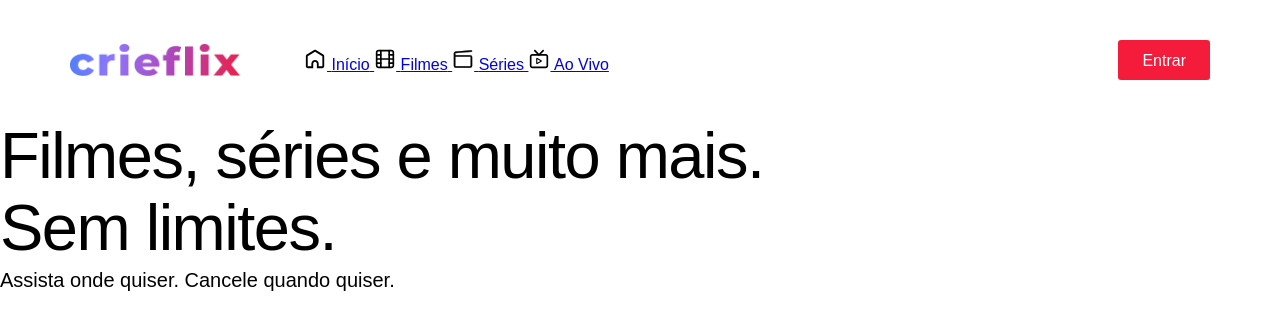
Repository: fontanive12/crieflix
Page: index.html
An editor plug-in stored every save of this project. The page is shown before and after the next save, followed by the edit.
The browser window is 1280 px wide. The pictures show the whole page.
Some web fonts or font styles are not loaded; a fallback is used.

Above is the page before, as saved 2022-05-11 17:25:45.

### index.html
<!DOCTYPE html>
<html lang="pt-BR">
    <head>
        <meta charset="utf-8">
        <meta name="description" content="Crieflix">
        <meta name="pet&shop" content="HTML">
        <meta name="author" content="Franciele">
        <meta name="viewport" content="width=device-width, initial-scale=1.0">
        <meta http-equiv="X-UA-Compatible" content="ie=edge">
        <title>Crieflix</title>
        <link rel="stylesheet" href="styles/base/reset.css">
        <link rel="stylesheet" href="styles/layout/header.css">
        <link rel="stylesheet" href="styles/base/base.css">
        <link rel="stylesheet" href="styles/base/components/button.css">
        <link rel="stylesheet" href="styles/base/components/banner.css">
        <link rel="preconnect" href="https://fonts.googleapis.com">
        <link rel="preconnect" href="https://fonts.gstatic.com" crossorigin>
        <link href="https: //fonts.googleapis.com/css2? family= Questrial & display=swap" rel="stylesheet">

    </head>

    <body>
        <header class="header">
            <img class="header__logo" src="imagens/logo.png"/>
            <nav class="header__menu">
                <a href="#">
                    <img src="imagens/icons/house.svg"/>
                    <span>Início</span>
                </a>
                <a href="#">
                    <img src="imagens/icons/film.svg"/>
                    <span>Filmes</span>
                </a>
                <a href="#">
                    <img src="imagens/icons/clapperboard.svg"/>
                    <span>Séries</span>
                </a>
                <a href="#">
                    <img src="imagens/icons/live.svg"/>
                    <span>Ao Vivo</span>
                </a>
            </nav>
            <a href="#" class="button header__sign-in">Entrar</a>

        </header>

        <section class="banner">
            <h1 class="banner__title">
                Filmes, séries e muito mais.<br/>
                Sem limites.
            </h1>
            <h5 class="banner__subtitle">
                Assista onde quiser. Cancele quando quiser.
            </h5>
        </section>
        </section>
    </body>
</html>

### styles/layout/header.css
.header {
    margin: 40px 70px;
    display: flex;
    justify-content: flex-start;
    align-items: center;
}

.header__logo {
    width: 170px;
    margin-right: 64px;
}

.header__menu {
    display:inline-block;
}

.header__sign-in {
    margin-left: auto;
    margin-right: 0;
}

### styles/base/base.css
body {
    font-family: "Questrial", sans-serif;
    font-size: 16px;
}

* {
    box-sizing: border-box;
}

### styles/base/components/button.css
.button {
    height: 40px;
    padding: 10px 24px;
    font-size: 16px;
    line-height: 22px;
    border-radius: 3px;
    color: #ffffff;
    background-color: #F41B3B;
    text-decoration: none;


}

### styles/base/components/banner.css
.banner__title {
    font-size: 65px;
    line-height: 72px;
    letter-spacing: -1.5px;

}

.banner__subtitle {
    font-size: 20px;
    line-height: 32px;

}

Loaded but not shown: styles/base/reset.css (common file)

After the next save:
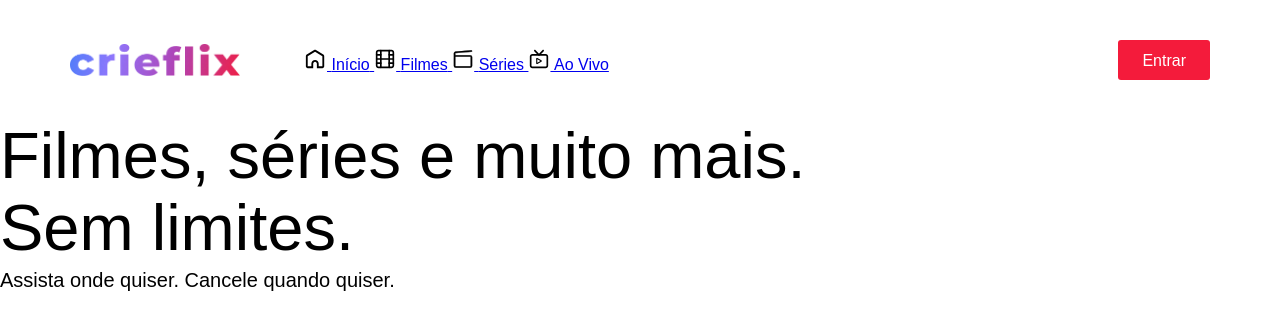
Saved 35 s later.
--- a/styles/base/components/banner.css
+++ b/styles/base/components/banner.css
@@ -1,12 +1,10 @@
 .banner__title {
     font-size: 65px;
     line-height: 72px;
-    letter-spacing: -1.5px;
-
+    /* letter-spacing: -1.5px; */
 }
 
 .banner__subtitle {
     font-size: 20px;
     line-height: 32px;
-
 }

After the save that followed:
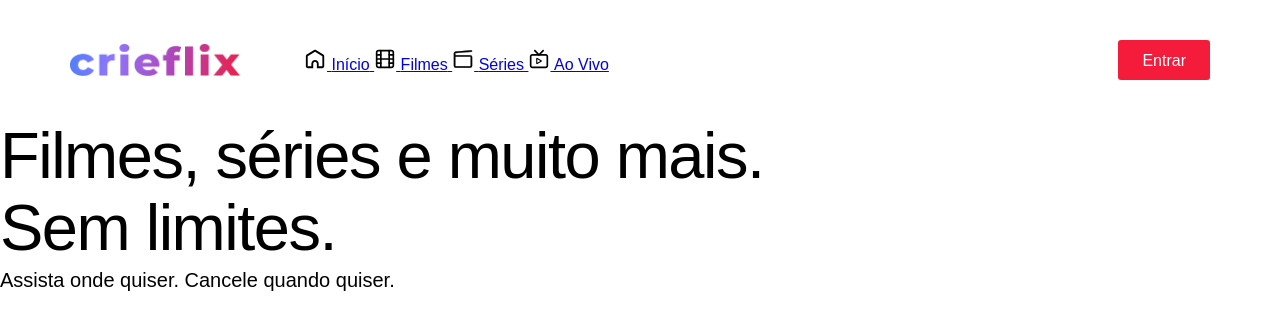
Saved 6 s later.
--- a/styles/base/components/banner.css
+++ b/styles/base/components/banner.css
@@ -1,7 +1,7 @@
 .banner__title {
     font-size: 65px;
     line-height: 72px;
-    /* letter-spacing: -1.5px; */
+    letter-spacing: -1.5px;
 }
 
 .banner__subtitle {
